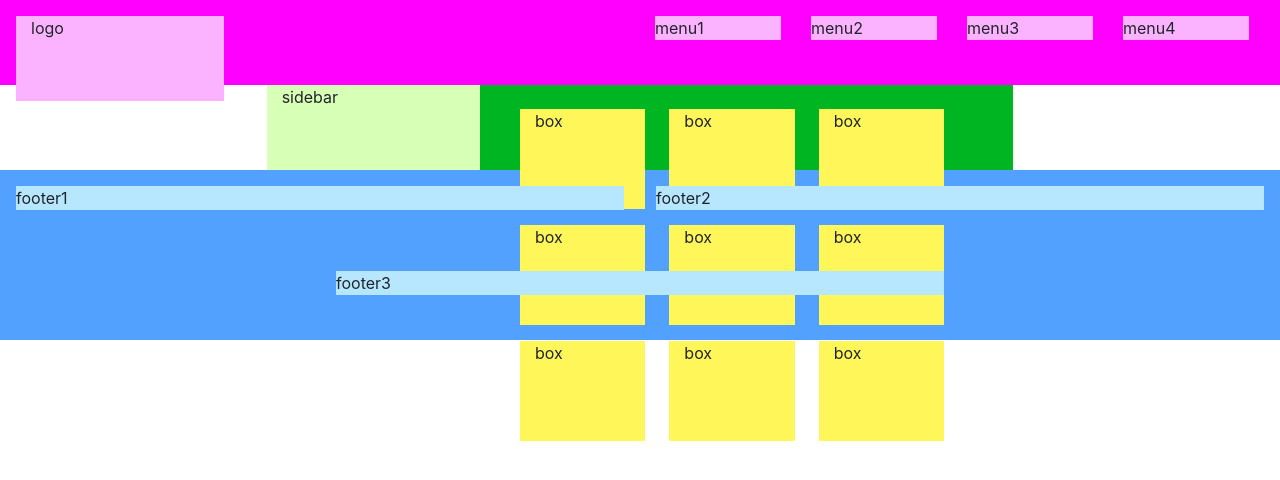
Repository: yuta0108/booker1-debug
Page: bootstrap_practice/index.html
The author's editor kept a record of every edit. The page is drawn from the files as they stood at one moment, then again after the next edit.
The browser window is 1280 px wide. The pictures show the whole page.

Above is the page before.

### bootstrap_practice/index.html
<!DOCTYPE html>
<html lang="ja">
  <head>
    <meta charset="utf8" />
    <title>23章演習</title>
    <link rel="stylesheet" href="https://cdn.jsdelivr.net/npm/bootstrap@4.6.2/dist/css/bootstrap.min.css"
    integrity="sha384-xOolHFLEh07PJGoPkLv1IbcEPTNtaed2xpHsD9ESMhqIYd0nLMwNLD69Npy4HI+N" crossorigin="anonymous">
    <link rel="stylesheet" href="style.css" />
  </head>

  <body>
    <div class="container-fluid">
      <div class="row px-3 py-3"  style="background-color: #ff00ff">
        <div class="col-2" style="background-color: #fbb3ff">
          <div class="logo">logo</div>
        </div>
        <div class="col-6 offset-4">
          <div class="row">
            <div class="col-3">
              <div class="menu" style="background-color: #fbb3ff">
                menu1
              </div>
            </div>
            <div class="col-3">
              <div class="menu" style="background-color: #fbb3ff">
                menu2
              </div>
            </div>
            <div class="col-3">
              <div class="menu" style="background-color: #fbb3ff">
                menu3
              </div>
            </div>
            <div class="col-3">
              <div class="menu" style="background-color: #fbb3ff">
                menu4
              </div>
            </div>
          </div>
        </div>
      </div>
      <div class="row justify-content-center main">
        <div class="col-2" style="background-color: #d8ffb6">sidebar</div>
        <div class="col-5" style="background-color: #00b522">
        <div class="row px-3 py-3 row-cols-3">
          <div class="col-3 my-2 ml-4" style="background-color: #fff75a">box</div>
          <div class="col-3 my-2 ml-4" style="background-color: #fff75a">box</div>
          <div class="col-3 my-2 ml-4" style="background-color: #fff75a">box</div>
          <div class="col-3 my-2 ml-4" style="background-color: #fff75a">box</div>
          <div class="col-3 my-2 ml-4" style="background-color: #fff75a">box</div>
          <div class="col-3 my-2 ml-4" style="background-color: #fff75a">box</div>
          <div class="col-3 my-2 ml-4" style="background-color: #fff75a">box</div>
          <div class="col-3 my-2 ml-4" style="background-color: #fff75a">box</div>
          <div class="col-3 my-2 ml-4" style="background-color: #fff75a">box</div>
        </div>
        </div>
      </div>
      <div class="row justify-content-center" style="background-color: #52a1ff">
        <div class="col-6 p-3">
          <div class="footer" style="background-color: #b6e7ff">footer1</div>
        </div>
        <div class="col-6 p-3">
          <div class="footer"style="background-color: #b6e7ff">footer2</div>
        </div>
      </div>
      <div class="row justify-content-center" style="background-color: #52a1ff">
        <div class="col-6 p-3">
          <div class="footer" style="background-color: #b6e7ff">footer3</div>
        </div>
      </div>
    </div>
  </body>


</html>

### bootstrap_practice/style.css
* {
  margin: 0;
  padding: 0;
  box-sizing: border-box;
}

.container {
  padding: 30px;
}

.row {
  height: 85px;
}

.container-1 {
  margin: auto;
  width: 700px;
  height: 400px;
}

.row-2 {
  height: 400px;
  margin-left: 200px;
}

.col-3 {
  width: 100px;
  height: 100px;
}

After the next edit:
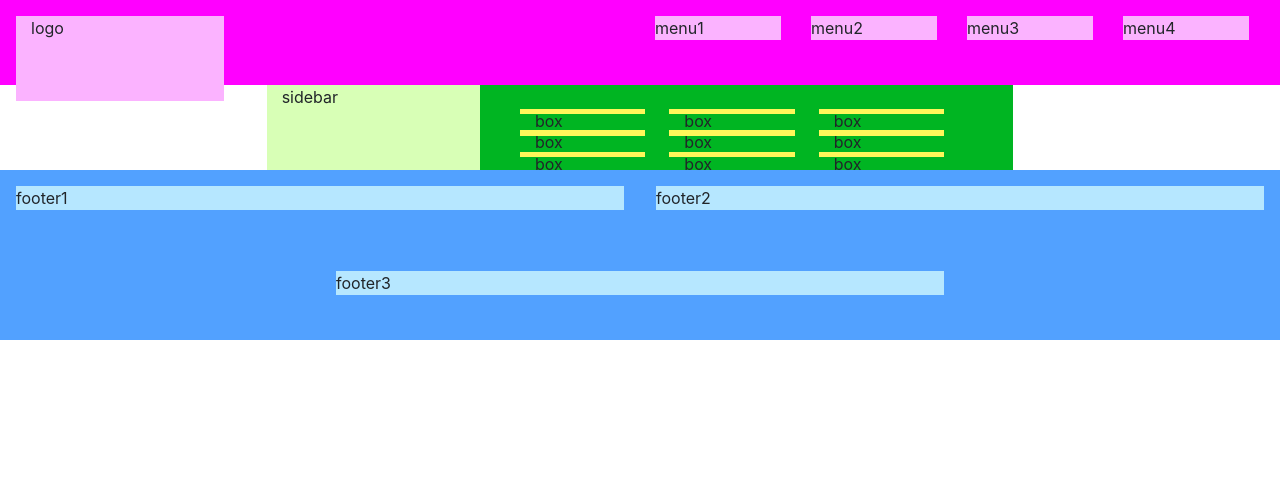
The edit:
--- a/bootstrap_practice/style.css
+++ b/bootstrap_practice/style.css
@@ -25,5 +25,6 @@
 
 .col-3 {
   width: 100px;
-  height: 100px;
+  height: 10%;
+  flex-wrap: wrap;
 }
